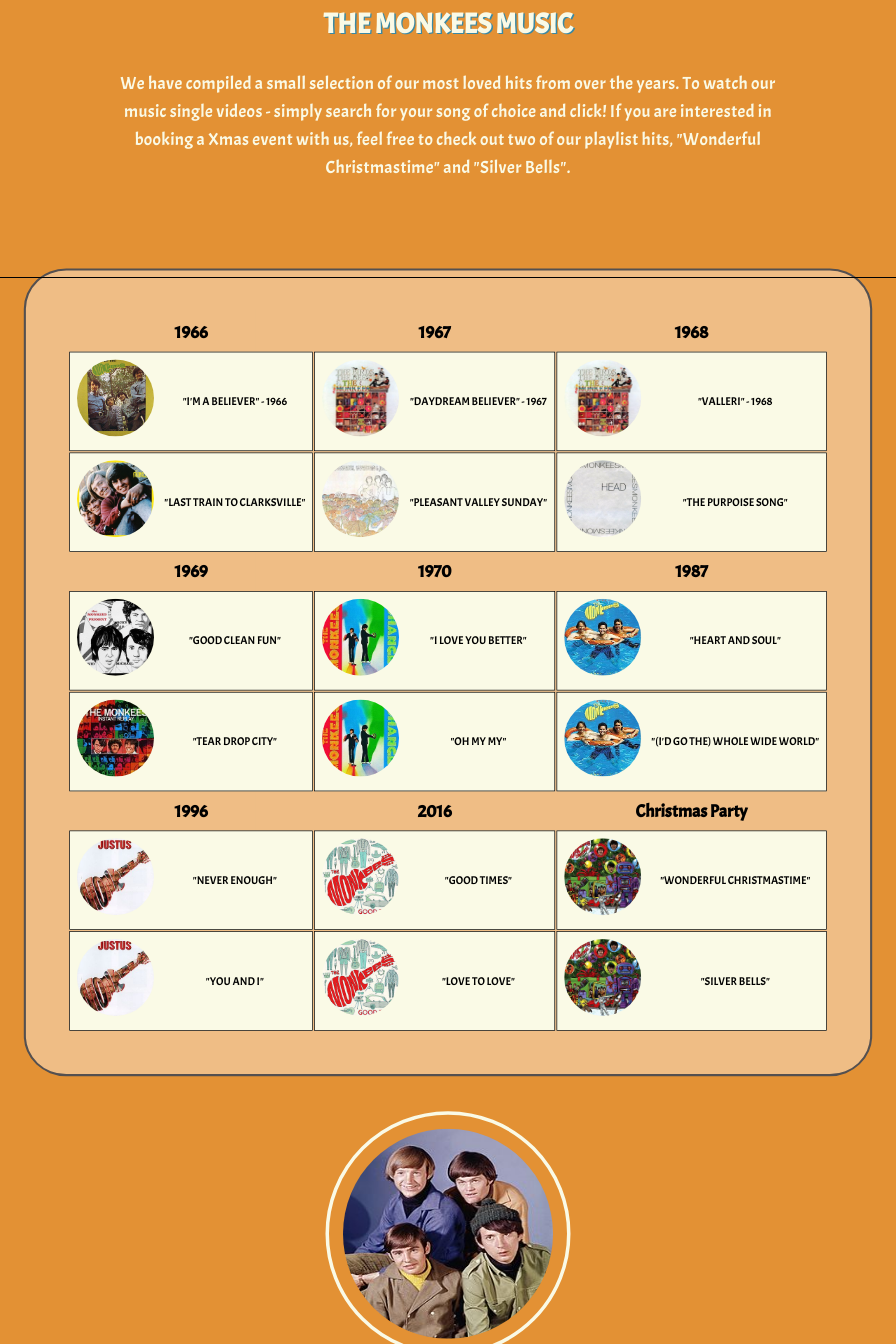
Repository: stu1612/Milestone-Project-Stu-Bolderson
Page: index.html
The author's editor kept a record of every edit. The page is drawn from the files as they stood at one moment, then again after the next edit.
The browser window is 1280 px wide. The pictures show the part of the page from y = 2508 to 4428 px (the page is 5773 px tall), at 70% of full size.
Some web libraries are served in a nearby version.

Above is the page before.

### index.html
<!DOCTYPE html>
<html lang="en">

<head>
    <meta charset="UTF-8">
    <meta name="viewport" content="width=device-width, initial-scale=1.0">
    <meta http-equiv="X-UA-Compatible" content="ie=edge">
    <!--<link rel="stylesheet" href="https://maxcdn.bootstrapcdn.com/bootstrap/4.3.1/css/bootstrap.min.css" type="text/css" />-->
    <link rel="stylesheet" href="https://maxcdn.bootstrapcdn.com/font-awesome/4.7.0/css/font-awesome.min.css" type="text/css" />
    <link rel="stylesheet" href="https://cdnjs.cloudflare.com/ajax/libs/hover.css/2.1.1/css/hover-min.css" type="text/css" />
    <link rel="icon" type="image/png" href="../assets/images/monkees-logo.png"/>
    <link href="https://fonts.googleapis.com/css?family=Acme&display=swap" rel="stylesheet">
    <script src="https://kit.fontawesome.com/67768a2f6d.js"></script>
    <link rel="stylesheet" href="mhs.css" type="text/css" />
    <title>The Monkees | Official Fans Site</title>
</head>

<body>


    <!-- ****************** NAVIGATION ************************ -->

    <div class="header">
        <a href="#home"><img src="../assets/images/monkees-logo.png" class="logo-img" alt="monkees logo image"></a>
        <div class="nav">
            <label for="toggle">&#9776;</label>
            <input type="checkbox" id="toggle" />
            <div class="menu">
                <a href="#section-about">The Monkees</a>
                <a href="#section-music">The Music</a>
                <a href="#section-events">The Events</a>
                <a href="#0"><i class="fab fa-facebook"></i></a>
                <a href="#0"><i class="fab fa-twitter"></i></a>
                <a href="#0"><i class="fab fa-youtube"></i></a>
            </div>
        </div>
    </div>

    <!-- *************************************** IMAGE BANNER ********************** -->

            <span class="anchor" id="home"></span>
            <div class="section"></div>

            <div class="banner-image">
            </div>

    <!-- *************************************** THE MONKEES ********************** -->
    <main>

        <section class="about">
            <span class="anchor" id="section-about"></span>
            <div class="section"></div>


            <div class="background about">

                <div class="container content-box">
                    <div class="container circle-images">
                        <img src="../assets/images/Jones.jpg" alt="circular image of Davey Jones from 'The Monkees'">
                        <img src="../assets/images/Tork.jpg" alt="circular image of Pete Tork from 'The Monkees'">
                    </div>

                    <div class="container text-box">
                        <h1>The Monkees</h1>
                        <p>For over 50 years have performed all over the world performing your most loved hits! This fan site is dedicated to all our old and new friends who want instant access to our hits from the 60's till now. Whether you are at home or on the
                            go, you will never be far from listening to your favourite songs!</p>
                        <p>Check out our social media accounts for current news, and dont forget that we are now taking private booking events. We cater for various business and private events, and we are currently are taking bookings for this Christmas where we
                            will perform our latest album - "The Christmas Party" </p>
                    </div>
                    <div class="container circle-images">
                        <img src="../assets/images/mickey.jpg" alt="circular image of Mickey Dolenz from 'The Monkees'">
                        <img src="../assets/images/Nesmith.jpg" alt="circular image of Micheal Nesmith from 'The Monkees'">
                    </div>

                </div>
                <!-- band image displayed beneath (intro/about) section-->
                <div class="container image-box">
                    <img src="../assets/images/monkees.jpg" alt="black and white band image of 'The Monkees' from the 1960's">
                </div>
                <!--end of div-->
            </div>

        </section>


        <!-- *************************************** MUSIC ********************** -->

        <section id="music">

            <span class="anchor" id="section-music"></span>
            <div class="section"></div>


            <div class="background music">
                <div class="music-table-text">
                    <h2>The Monkees Music</h2>
                    <p>We have compiled a small selection of our most loved hits from over the years. To watch our music single videos - simply search for your song of choice and click! If you are interested in booking a Xmas event with us, feel free to check
                        out two of our playlist hits, "Wonderful Christmastime" and "Silver Bells".
                    </p>
                </div>
                <div class="music-table">
                    <table>
                        <tr>
                            <th>1966</th>
                            <th>1967</th>
                            <th>1968</th>
                        </tr>
                        <tr>
                            <td class="music-col class-1">
                                <a class="album-song" href="https://www.youtube.com/watch?v=W83InivbUSQ" target="_blank">
                                    <img src="../assets/images/more_of_monkees.jpg" class="pull-left" title="More of the Monkees" alt="Monkees album cover image">
                                <p>"I'm a Believer" - 1966</p></a>
                            </td>

                            <td class="music-col class-1">
                                <a class="album-song" href="https://www.youtube.com/watch?v=xvqeSJlgaNk" target="_blank">
                                    <img src="../assets/images/mon_the_birds.jpg" class="pull-left" title="The Birds the Bees and the Monkees" alt="Monkees album cover image">
                                <p>"Daydream Believer" - 1967</p></a>
                            </td>

                            <td class="music-col class-1">
                                <a class="album-song" href="https://www.youtube.com/watch?v=QWTa9CE51sA" target="_blank">
                                    <img src="../assets/images/mon_the_birds.jpg" class="pull-left" title="The Birds the Bees and the Monkees" alt="Monkees album cover image">
                                <p>"Valleri" - 1968</p></a>
                            </td>
                        </tr>
                        <tr>
                            <td class="music-col class-1">
                                <a class="album-song" href="https://www.youtube.com/watch?v=ud2mvXZR470" target="_blank" >
                                    <img src="../assets/images/monkees_albumcover.jpg" class="pull-left" title="The Monkees" alt="Monkees album cover image">
                                <p>"Last Train to Clarksville"</p></a>
                            </td>

                            <td class="music-col class-1">
                                <a class="album-song" href="https://www.youtube.com/watch?v=klU01gYb6F0" target="_blank">
                                    <img src="../assets/images/mon_pacj.jpg" class="pull-left" title="Pisces, Aquarius, Capricorn & Jones Ltd" alt="Monkees album cover image">
                                <p>"Pleasant Valley Sunday"</p></a>
                            </td>

                            <td class="music-col class-1">
                                <a class="album-song" href="https://www.youtube.com/watch?v=sezVApK9rTk" target="_blank">
                                    <img src="../assets/images/mon_head.jpg" class="pull-left" title="Head" alt="Monkees album cover image">
                                <p>"The Purpoise Song"</p></a>
                            </td>
                        </tr>
                        <tr>
                            <th>1969</th>
                            <th>1970</th>
                            <th>1987</th>
                        </tr>
                        <tr>
                            <td class="music-col class-1">
                                <a class="album-song" href="https://www.youtube.com/watch?v=-Gmgz2tqJEU" target="_blank">
                                    <img src="../assets/images/Monkees_present.png" class="pull-left" title="The Monkees Present" alt="Monkees album cover image">
                                <p>"Good Clean Fun"</p></a>
                            </td>

                            <td class="music-col class-1">
                                <a class="album-song" href="https://www.youtube.com/watch?v=MNGVNa6jfws" target="_blank">
                                    <img src="../assets/images/monkees_changes.jpg" class="pull-left" title="Changes" alt="Monkees album cover image">
                                <p>"I Love you Better"</p></a>
                            </td>

                            <td class="music-col class-1">
                                <a class="album-song" href="https://www.youtube.com/watch?v=mo7cBvd62Uw" target="_blank">
                                    <img src="../assets/images/mon_poolit.jpg" class="pull-left" title="Pool It" alt="Monkees album cover image">
                                <p>"Heart and Soul"</p></a>
                            </td>
                        </tr>
                        <tr>
                            <td class="music-col class-1">
                                <a class="album-song" href="https://www.youtube.com/watch?v=UkK8sDWFdTI" target="_blank">
                                    <img src="../assets/images/mon_instant_replay.jpg" class="pull-left" title="Instant Replay" alt="Monkees album cover image">
                                <p>"Tear Drop City"</p></a>
                            </td>

                            <td class="music-col class-1">
                                <a class="album-song" href="https://www.youtube.com/watch?v=y8fkCHt4wA0" target="_blank">
                                    <img src="../assets/images/monkees_changes.jpg" class="pull-left" title="Changes" alt="Monkees album cover image">
                                <p>"Oh My My"</p></a>
                            </td>

                            <td class="music-col class-1">
                                <a class="album-song" href="https://www.youtube.com/watch?v=sZcO_6L7Ubk" target="_blank">
                                    <img src="../assets/images/mon_poolit.jpg" class="pull-left" title="Pool It" alt="Monkees album cover image">
                                <p>"(I'd Go The) Whole Wide World"</p></a>
                            </td>
                        </tr>
                        <tr>
                            <th>1996</th>
                            <th>2016</th>
                            <th>Christmas Party</th>
                        </tr>
                        <tr>
                            <td class="music-col class-1">
                                <a class="album-song" href="https://www.youtube.com/watch?v=GJf42h3wdLM" target="_blank">
                                    <img src="../assets/images/mon_justus.jpg" class="pull-left" title="Justus" alt="Monkees album cover image">
                                <p>"Never Enough"</p></a>
                            </td>

                            <td class="music-col class-1">
                                <a class="album-song" href="https://www.youtube.com/watch?v=QxptjN_HxZs" target="_blank">
                                    <img src="../assets/images/mon_gtimes.jpg" class="pull-left" title="Good Times" alt="Monkees album cover image">
                                <p>"Good Times"</p></a>
                            </td>

                            <td class="music-col class-1">
                                <a class="album-song" href="https://www.youtube.com/watch?v=paPdzPSCwTY" target="_blank">
                                    <img src="../assets/images/mon_xmas.jpg" class="pull-left" title="Christmas Party" alt="Monkees album cover image">
                                <p>"Wonderful Christmastime"</p></a>
                            </td>
                        </tr>
                        <tr>
                            <td class="music-col class-1">
                                <a class="album-song" href="https://www.youtube.com/watch?v=zfZifyxc9r0" target="_blank">
                                    <img src="../assets/images/mon_justus.jpg" class="pull-left" title="Justus" alt="Monkees album cover image">
                                <p>"You and I"</p></a>
                            </td>

                            <td class="music-col class-1">
                                <a class="album-song" href="https://www.youtube.com/watch?v=b98acgLiwd8" target="_blank">
                                    <img src="../assets/images/mon_gtimes.jpg" class="pull-left" title="Good Times" alt="Monkees album cover image">
                                <p>"Love to Love"</p></a>
                            </td>

                            <td class="music-col class-1">
                                <a class="album-song" href="https://www.youtube.com/watch?v=JeiG3eGOnxU" target="_blank">
                                    <img src="../assets/images/mon_xmas.jpg" class="pull-left" title="Christmas Party" alt="Monkees album cover image">
                                <p>"Silver Bells"</p></a>
                            </td>
                        </tr>
                    </table>
                    </div>

                <div class="music-table-mobile">
                    <div class="dropdown">
                        <button class="dropbtn">1966</button>
                        <div class="dropdown-content">
                            <a href="https://www.youtube.com/watch?v=W83InivbUSQ" target="_blank">"I'm a Believer"</a>
                            <a href="https://www.youtube.com/watch?v=ud2mvXZR470" target="_blank">"Last Train to Clarksville"</a>
                        </div>
                    </div>
                    <div class="dropdown">
                        <button class="dropbtn">1967</button>
                        <div class="dropdown-content">
                            <a href="https://www.youtube.com/watch?v=xvqeSJlgaNk" target="_blank">"Daydream Believer"</a>
                            <a href="https://www.youtube.com/watch?v=klU01gYb6F0" target="_blank">"Pleasant Valley Sunday"</a>
                        </div>
                    </div>
                    <div class="dropdown">
                        <button class="dropbtn">1968</button>
                        <div class="dropdown-content">
                            <a href="https://www.youtube.com/watch?v=QWTa9CE51sA" target="_blank">"Valleri"</a>
                            <a href="https://www.youtube.com/watch?v=sezVApK9rTk" target="_blank">"The Purpoise Song"</a>
                        </div>
                    </div>
                    <div class="dropdown">
                        <button class="dropbtn">1969</button>
                        <div class="dropdown-content">
                            <a href="https://www.youtube.com/watch?v=-Gmgz2tqJEU" target="_blank">"Good Clean Fun"</a>
                            <a href="https://www.youtube.com/watch?v=UkK8sDWFdTI" target="_blank">"Tear Drop City"</a>
                        </div>
                    </div>
                    <div class="dropdown">
                        <button class="dropbtn">1970</button>
                        <div class="dropdown-content">
                            <a href="https://www.youtube.com/watch?v=MNGVNa6jfws" target="_blank">"I Love You Better"</a>
                            <a href="https://www.youtube.com/watch?v=y8fkCHt4wA0" target="_blank">"Oh My My"</a>
                        </div>
                    </div>
                    <div class="dropdown">
                        <button class="dropbtn">1987</button>
                        <div class="dropdown-content">
                            <a href="https://www.youtube.com/watch?v=mo7cBvd62Uw" target="_blank">"Heart and Soul"</a>
                            <a href="https://www.youtube.com/watch?v=sZcO_6L7Ubk" target="_blank">"(I'd Go The) Whole Wide World"</a>
                        </div>
                    </div>
                    <div class="dropdown">
                        <button class="dropbtn">1996</button>
                        <div class="dropdown-content">
                            <a href="https://www.youtube.com/watch?v=GJf42h3wdLM" target="_blank">"Never Enough"</a>
                            <a href="https://www.youtube.com/watch?v=zfZifyxc9r0" target="_blank">"You and I"</a>
                        </div>
                    </div>
                    <div class="dropdown">
                        <button class="dropbtn">2016</button>
                        <div class="dropdown-content">
                            <a href="https://www.youtube.com/watch?v=QxptjN_HxZs" target="_blank">"Good Times"</a>
                            <a href="https://www.youtube.com/watch?v=b98acgLiwd8" target="_blank">"Love to Love"</a>
                        </div>
                    </div>
                    <div class="dropdown">
                        <button class="dropbtn">Xmas Party</button>
                        <div class="dropdown-content">
                            <a href="https://www.youtube.com/watch?v=paPdzPSCwTY" target="_blank">"Wonderful Christmastime"</a>
                            <a href="https://www.youtube.com/watch?v=JeiG3eGOnxU" target="_blank">"Silver Bell"</a>
                        </div>
                    </div>
                </div>
                    <img src="../assets/images/band.jpg" class="band-image" alt="band image of the 'Monkees'">
              <!-- end of div -->
            </div>
        </section>

        <section id="events">
            <span class="anchor" id="section-events"></span>
            <div class="section"></div>

            <div class="background events">

                <div class="events-text">
                    <h2><span>events</span> @ 'monkees' Christmas Party</h2>
                    <p>"The Monkees" are now available for PRIVATE hire! Whether its a Wedding, Birthday or Business occasion we can provide you with a fun filled party with great music, laughter and entertainment. We are currently taking bookings for our Christmas Events
                        as so please book early to ensure you dont miss out!</p>
                    <ul>
                        <li>Simply fill out your details in the booking form below</li>
                        <li>Let us know your specific wishes/songs you would like</li>
                        <li>Our Events Team will contact you within 48 hrs to discuss your event</li>
                        <li>It is our aim to make the booking process as simple and clear to give you peace of mind!</li>
                        <li><span>For more information check out our facebook, twitter and youtube pages</span></li>
                        <li class="socialmedia-icons">
                            <a href="#0"><i class="fab fa-facebook"></i></a>
                            <a href="#0"><i class="fab fa-twitter"></i></a>
                            <a href="#0"><i class="fab fa-youtube"></i></a>
                        </li>
                    </ul>
                </div>

                <div class="events-img-txt">
                    <img src="../assets/images/mon_xmas.jpg" alt="Image of the Christmas Party album cover">
                    <div class="container contact">
                        <form action="/action_page.php" method="get">

                            <input type="text" id="fname" name="firstname" placeholder="Your name..">
                            <input type="text" id="lname" name="lastname" placeholder="Your last name..">
                            <input type="text" id="email" name="email" placeholder="book@christmasparty.com..">
                            <textarea id="subject" name="subject" placeholder="Dear Santa.  All I want for Christmas this year is a fun, loved and enjoyable party with all the people i love - my family, friends and 'The Monkees'.  .." style="height:200px"></textarea>
                            <input type="submit" value="Submit">
                        </form>
                    </div>
                </div>
            </div>
        </section>

    </main>

    <div class="footer">
         <p>© The Monkees</p>
    </div>

    <script src="https://ajax.googleapis.com/ajax/libs/jquery/3.4.0/jquery.min.js"></script>
    <script src="https://cdnjs.cloudflare.com/ajax/libs/popper.js/1.14.7/umd/popper.min.js"></script>
    <!--<script src="https://maxcdn.bootstrapcdn.com/bootstrap/4.3.1/js/bootstrap.min.js"></script>-->
</body>

</html>

Loaded but not shown: mock-header/mhs.css (664 lines, source omitted)

After the next edit:
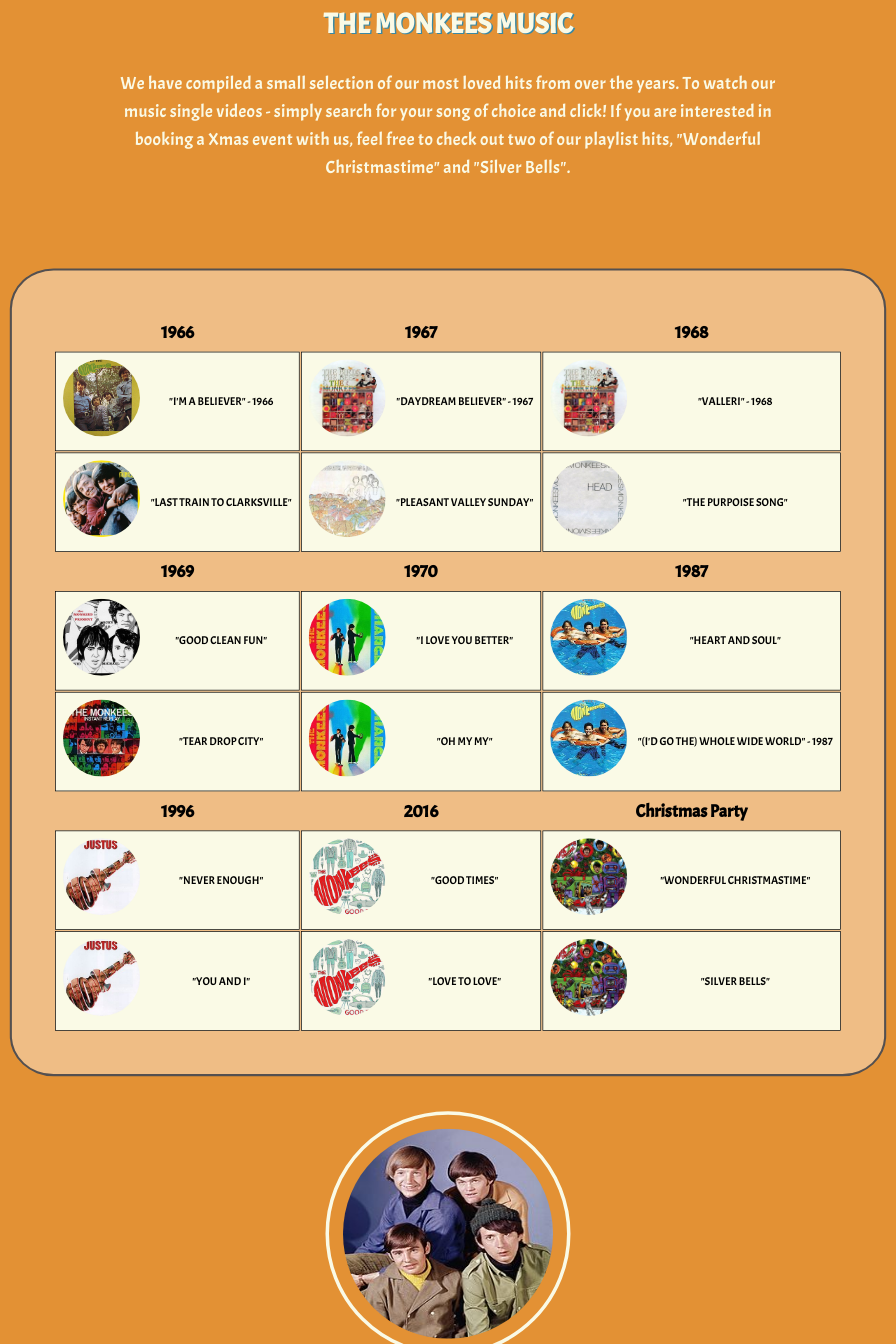
The edit:
--- a/index.html
+++ b/index.html
@@ -183,7 +183,7 @@
                             <td class="music-col class-1">
                                 <a class="album-song" href="https://www.youtube.com/watch?v=sZcO_6L7Ubk" target="_blank">
                                     <img src="../assets/images/mon_poolit.jpg" class="pull-left" title="Pool It" alt="Monkees album cover image">
-                                <p>"(I'd Go The) Whole Wide World"</p></a>
+                                <p>"(I'd Go The) Whole Wide World" - 1987</p></a>
                             </td>
                         </tr>
                         <tr>
